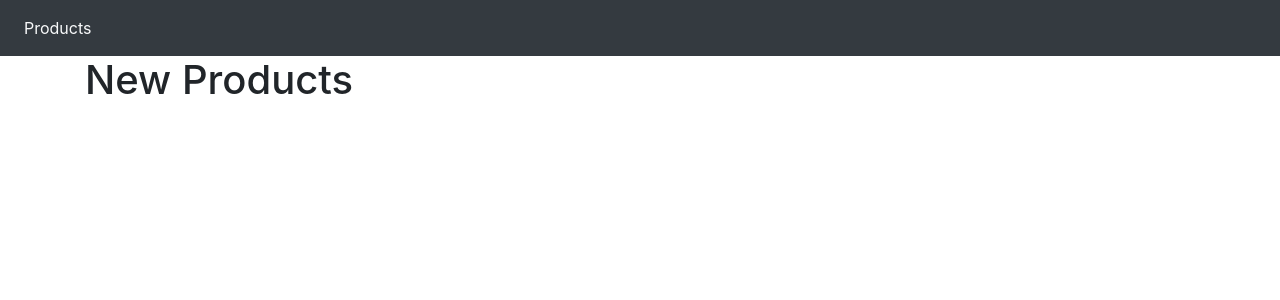
Repository: Aniksaha19/curd
Page: http://localhost/product/create
The author's editor kept a copy of each file at every save. The page is drawn from the files as they stood at one save, then again after the next save.
The browser window is 1280 px wide. The pictures show the whole page.
The page is served by the project's Laravel application, run on PHP 8.4 with Laravel 10.

Above is the page before, as saved 2023-06-01 16:33:22.

After the next save:
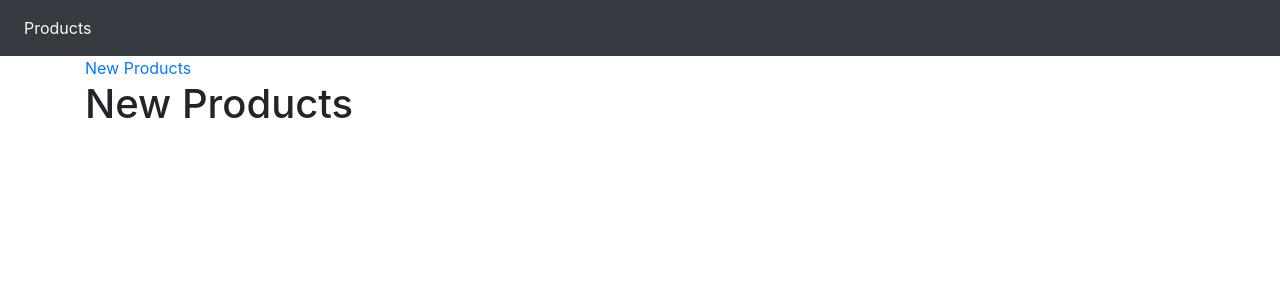
Saved 5 s later.
--- a/resources/views/products/create.blade.php
+++ b/resources/views/products/create.blade.php
@@ -22,7 +22,7 @@
         </nav>
         <div class="container">
             <div>
-                <a href=""></a>
+                <a href="">New Products</a>
             </div>
             <h1> New Products</h1>
         </div>
